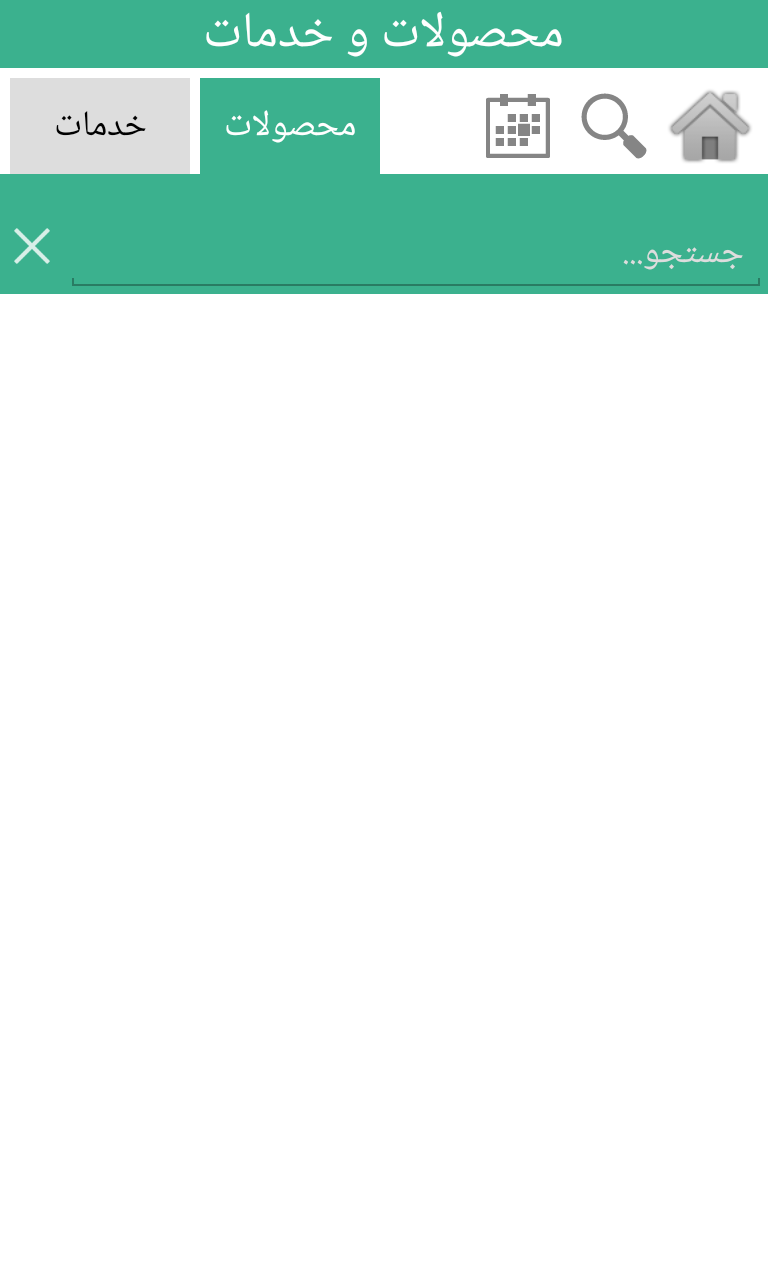
Repository: AtiehPardaz/CRM-Mobile
Layout: Crm-Mobile/res/layout/activity_product_services.xml
The author's editor kept a copy of each file at every save. The layout is drawn from the files as they stood at one save, then again after the next save.
It is drawn on a 768 x 1280 px phone screen (xhdpi) without system bars, with theme android:Theme.Holo.Light.NoActionBar.Fullscreen; the app's code is not run. Lists and similar views that code fills are empty.

Above is the layout before, as saved 2015-02-24 13:38:43.

### Crm-Mobile/res/layout/activity_product_services.xml
<?xml version="1.0" encoding="utf-8"?>
<LinearLayout xmlns:android="http://schemas.android.com/apk/res/android"
    android:layout_width="match_parent"
    android:layout_height="match_parent"
    android:orientation="vertical" >

    <LinearLayout
        android:layout_width="match_parent"
        android:layout_height="wrap_content"
        android:background="@color/bg_action_green"
        android:gravity="center"
        android:orientation="horizontal" >

        <TextView
            android:id="@+id/tv_title_monthview"
            android:layout_width="wrap_content"
            android:layout_height="wrap_content"
            android:layout_gravity="center"
            android:text="محصولات و خدمات"
            android:textAppearance="?android:attr/textAppearanceLarge"
            android:textColor="#ffffff"
            android:textSize="25sp" />
    </LinearLayout>

    <View
        android:id="@+id/View02"
        android:layout_width="0dp"
        android:layout_height="5dp" />

    <LinearLayout
        android:layout_width="match_parent"
        android:layout_height="wrap_content"
        android:layout_gravity="right|center"
        android:gravity="right"
        android:orientation="horizontal" >

        <Button
            android:id="@+id/btn_servisec_productservices"
            android:layout_width="90dp"
            android:layout_height="wrap_content"
            android:layout_gravity="left"
            android:layout_marginLeft="5dp"
            android:layout_marginRight="5dp"
            android:background="@color/bg_action_gray"
            android:paddingLeft="5dp"
            android:paddingRight="5dp"
            android:text="خدمات" />

        <Button
            android:id="@+id/btn_product_productservices"
            android:layout_width="90dp"
            android:layout_height="wrap_content"
            android:layout_gravity="left"
            android:background="@color/bg_action_green"
            android:paddingLeft="5dp"
            android:paddingRight="5dp"
            android:text="محصولات"
            android:textColor="#ffffff" />

        <View
            android:id="@+id/View05"
            android:layout_width="0dp"
            android:layout_height="0dp"
            android:layout_weight="1" />

        <ImageButton
            android:id="@+id/btn_monthview_productservices"
            android:layout_width="48dp"
            android:layout_height="48dp"
            android:layout_gravity="center"
            android:background="@drawable/taghvim" />

        <ImageButton
            android:id="@+id/btn_search_productservices"
            android:layout_width="48dp"
            android:layout_height="48dp"
            android:layout_gravity="center"
            android:background="@drawable/search" />

        <ImageButton
            android:id="@+id/btn_home_productservices"
            android:layout_width="48dp"
            android:layout_height="48dp"
            android:layout_marginRight="5dp"
            android:background="@drawable/home" />
    </LinearLayout>

    <LinearLayout
        android:layout_width="match_parent"
        android:layout_height="wrap_content"
        android:background="@color/bg_action_green"
        android:orientation="vertical" >

        <View
            android:id="@+id/View01"
            android:layout_width="0dp"
            android:layout_height="20dp"
            android:layout_weight="2" />

        <LinearLayout
            android:id="@+id/ll_search"
            android:layout_width="match_parent"
            android:layout_height="wrap_content"
            android:layout_weight="2"
            android:visibility="visible" >

            <ImageButton
                android:id="@+id/imgbtn_clearsearch_productservises"
                android:layout_width="32dp"
                android:layout_height="32dp"
                android:background="@drawable/cancel" />

            <EditText
                android:id="@+id/et_search_productservices"
                android:layout_width="match_parent"
                android:layout_height="wrap_content"
                android:layout_weight="2"
                android:ems="10"
                android:gravity="right"
                android:hint="جستجو..."
                android:textColor="@color/marker_color"
                android:textColorHint="@color/bg_action_gray" />

        </LinearLayout>

    </LinearLayout>

    <LinearLayout
        android:id="@+id/LinearLayout1"
        android:layout_width="match_parent"
        android:layout_height="match_parent"
        android:layout_gravity="center"
        android:gravity="center"
        android:orientation="vertical" >

        <LinearLayout
            android:id="@+id/ll_loading_serviseandproduct"
            android:layout_width="wrap_content"
            android:layout_height="wrap_content"
            android:orientation="vertical"
            android:visibility="gone" >

            <TextView
                android:id="@+id/tv_loadin"
                android:layout_width="wrap_content"
                android:layout_height="wrap_content"
                android:gravity="center"
                android:text="در حال بارگذاری..."
                android:visibility="visible" />

            <ProgressBar
                android:id="@+id/progressBar1"
                android:layout_width="wrap_content"
                android:layout_height="wrap_content"
                android:layout_gravity="center" />
        </LinearLayout>

        <ListView
            android:id="@+id/lv_product_servisec"
            android:layout_width="fill_parent"
            android:layout_height="wrap_content"
            android:layout_weight="1"
            android:focusable="false"
            android:visibility="visible" >
        </ListView>
    </LinearLayout>

</LinearLayout>

### Crm-Mobile/res/values/colors.xml
<?xml version="1.0" encoding="utf-8"?>
<resources>

    <color name="first_row_text_color">#000000</color>
    <color name="holidays_text_color">#FF0000</color>
    <color name="first_row_background_color">#DDDDDD</color>

    <!-- solely used on QiblaCompassView -->
    <color name="background_color">#6E97B9</color>
    <color name="marker_color">#FFFFFF</color>
    <color name="text_color">#000000</color>
    <color name="bg_action_green">#3BB18E</color>
    <color name="bg_action_gray"> #dddddd</color>
    <color name="white_color"> #ffffff</color>
    <color name="blue_titlecolor"> #293897</color>

</resources>

After the next save:
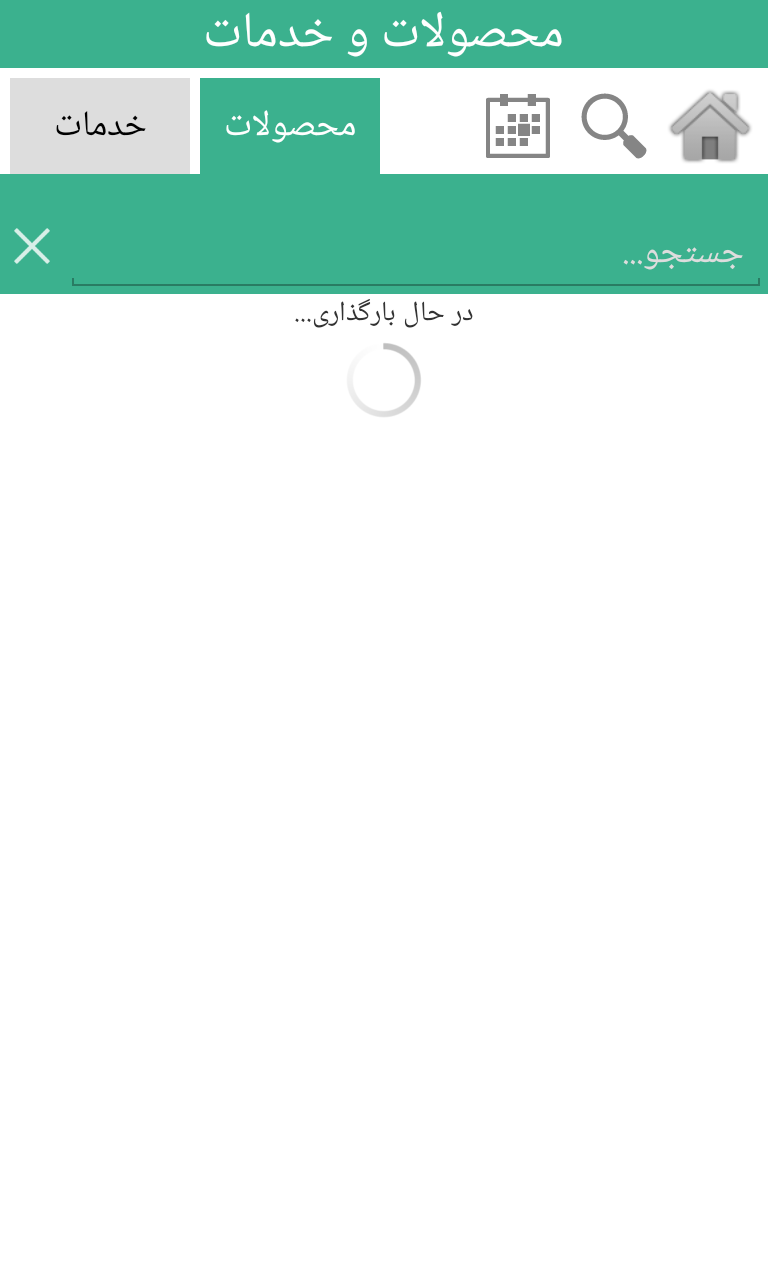
Saved 2 min 24 s later.
--- a/Crm-Mobile/res/layout/activity_product_services.xml
+++ b/Crm-Mobile/res/layout/activity_product_services.xml
@@ -138,7 +138,7 @@
             android:layout_width="wrap_content"
             android:layout_height="wrap_content"
             android:orientation="vertical"
-            android:visibility="gone" >
+            android:visibility="visible" >
 
             <TextView
                 android:id="@+id/tv_loadin"
